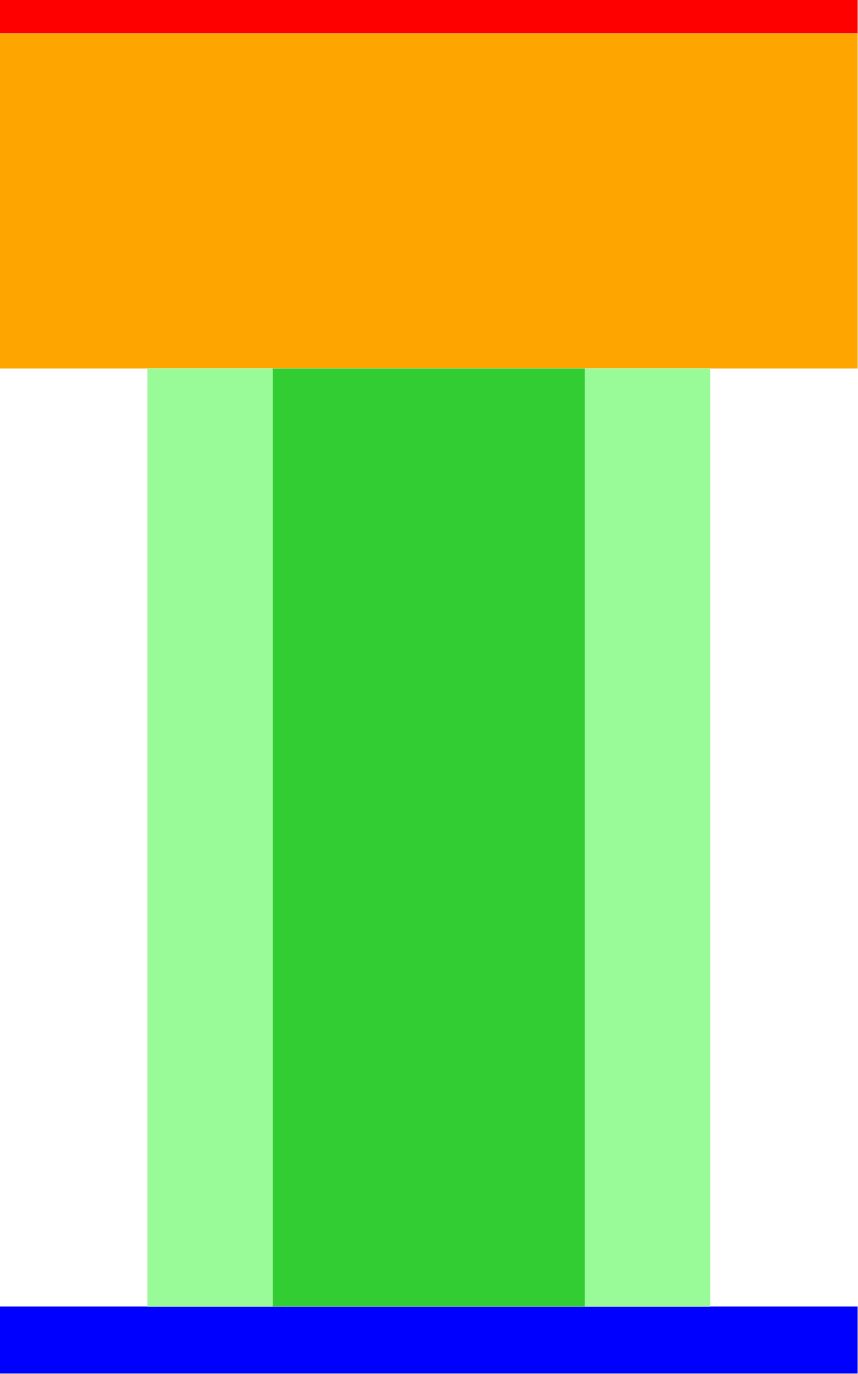
Repository: takanauti/task
Page: chapter4_exercise/index2.html
The author's editor kept a record of every edit. The page is drawn from the files as they stood at one moment, then again after the next edit.
The browser window is 1280 px wide. The pictures show the whole page, at 67% of full size.

Above is the page before.

### chapter4_exercise/index2.html
<!DOCTYPE html>
<html lang="ja">
  <head>
    <meta charset="UTF-8" />
    <!-- CSSファイルの読み込み -->
    <link rel="stylesheet" href="style2.css" />
    <title>演習1</title>
  </head>

  <body>
    <!-- header用のdiv -->
    <div class="header">
      <div class="header-top"></div>
      <div class="header-bottom"></div>
    </div>

    <!-- main-visual用のdiv -->
    <div class="main-visual">
      <div class="main-visual-content"></div>
    </div>

    <!-- main用のdiv -->
    <div class="main">
      <div class="sidebar"></div>
      <div class="blog"></div>
      <div class="sidebar"></div>
    </div>

    <!-- footer用のdiv -->
    <div class="footer"></div>
  </body>
</html>

### chapter4_exercise/style2.css
/* ブラウザがそれぞれ持っているCSSをリセットするための記述 */
* {
  margin: 0;
  padding: 0;
  box-sizing: border-box;
}

.header {
  width: 100%; /* 横幅いっぱい */
  height: 50px; /* 高さ120px */
  background-color: red; /* 背景色red */
}


.main-visual {
  width: 100%; /* 横幅いっぱい */
  height: 500px; /* 高さ300px */
  background-color: orange; /* 背景色orange */
}


.main {
  width: 840px; /* 横幅840px */
  display: flex; /* Flexboxの利用 */
  justify-content: center; /* 要素の横並び・中央寄せ */
  margin: 0 auto; /* 中央寄せ（左右に余白がないとできない） */
}

.blog {
  width: 600px; /* 横幅600px */
  height: 1400px; /* 高さ1400px */
  background-color: limegreen; /* 背景色limegreen */
}

.sidebar {
  width: 240px; /* 横幅240px */
  height: 1400px; /* 高さ1400px */
  background-color: palegreen; /* 背景色palegreen */
}

.footer {
  width: 100%; /* 横幅いっぱい */
  height: 100px; /* 高さ120px */
  background-color: blue; /* 背景色blue */
}

After the next edit:
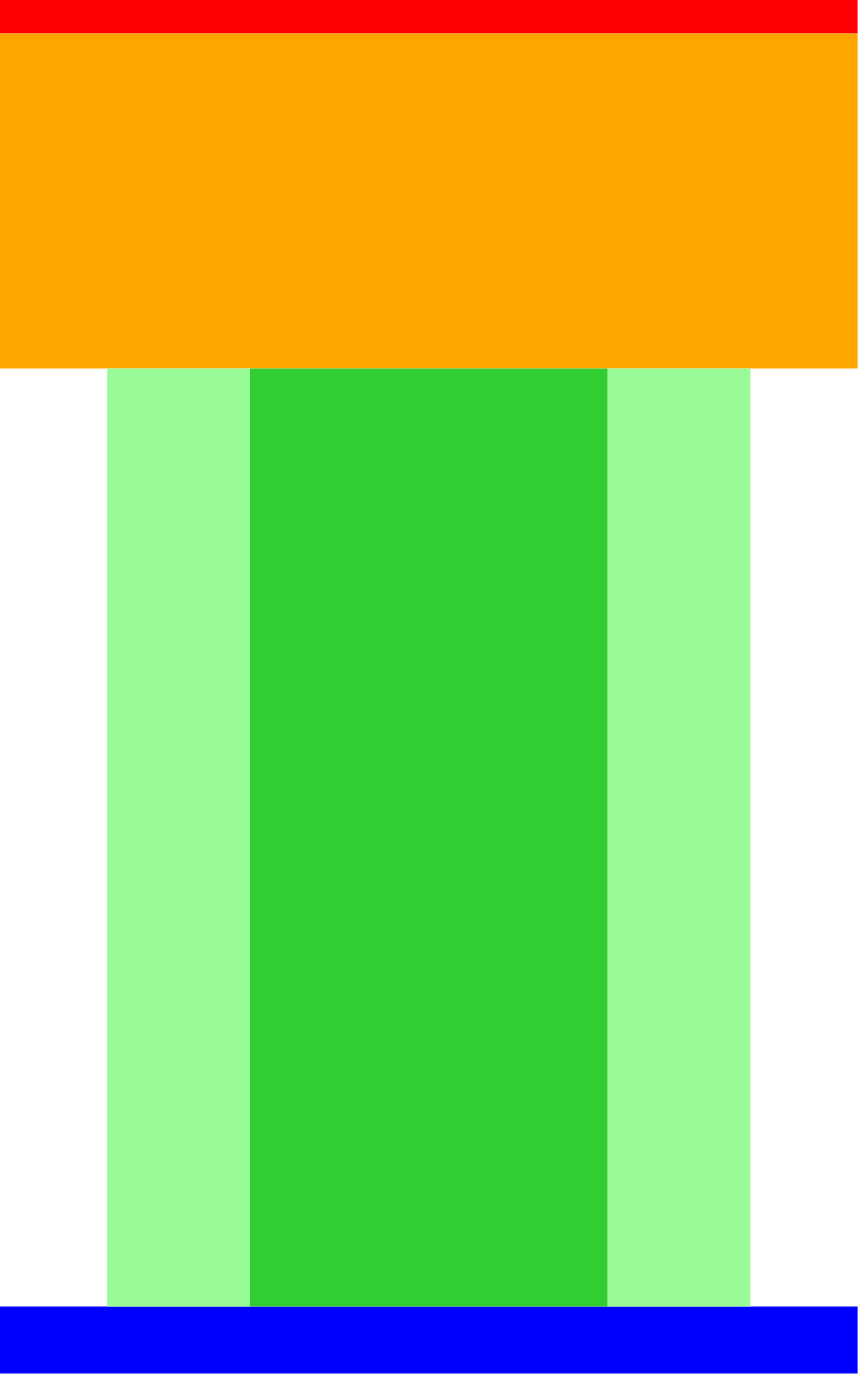
The edit:
--- a/chapter4_exercise/style2.css
+++ b/chapter4_exercise/style2.css
@@ -20,7 +20,7 @@
 
 
 .main {
-  width: 840px; /* 横幅840px */
+  width: 960px;
   display: flex; /* Flexboxの利用 */
   justify-content: center; /* 要素の横並び・中央寄せ */
   margin: 0 auto; /* 中央寄せ（左右に余白がないとできない） */
